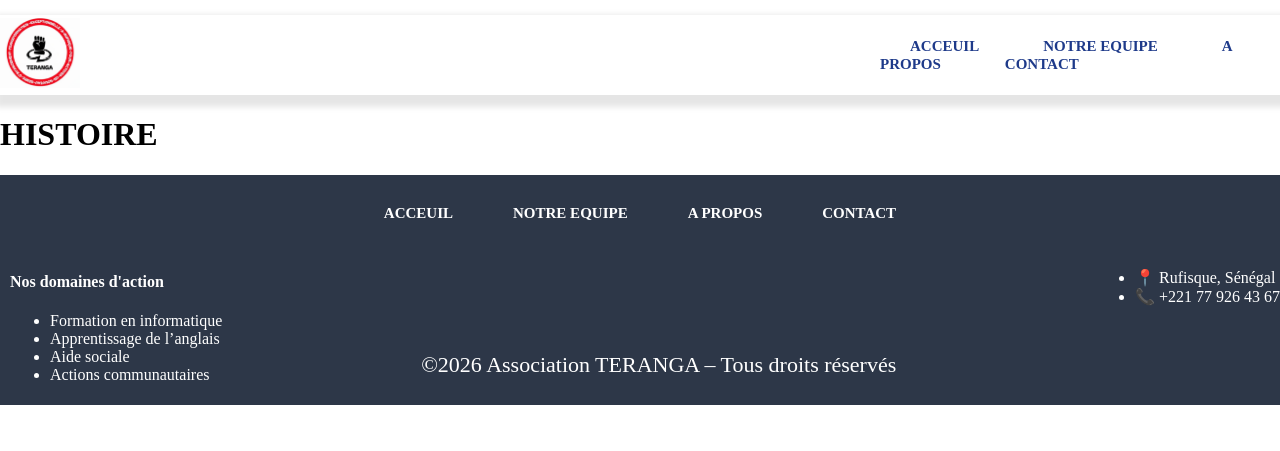
Repository: assanendao171/projet-teranga
Page: propos.html
These files come from the project's save history. The page is drawn as it stood at one moment and after a run of saves; the edit follows.
The browser window is 1280 px wide. The pictures show the whole page.

Above is the page before, as saved 2026-02-12 11:26:13.

After the next 2 saves:
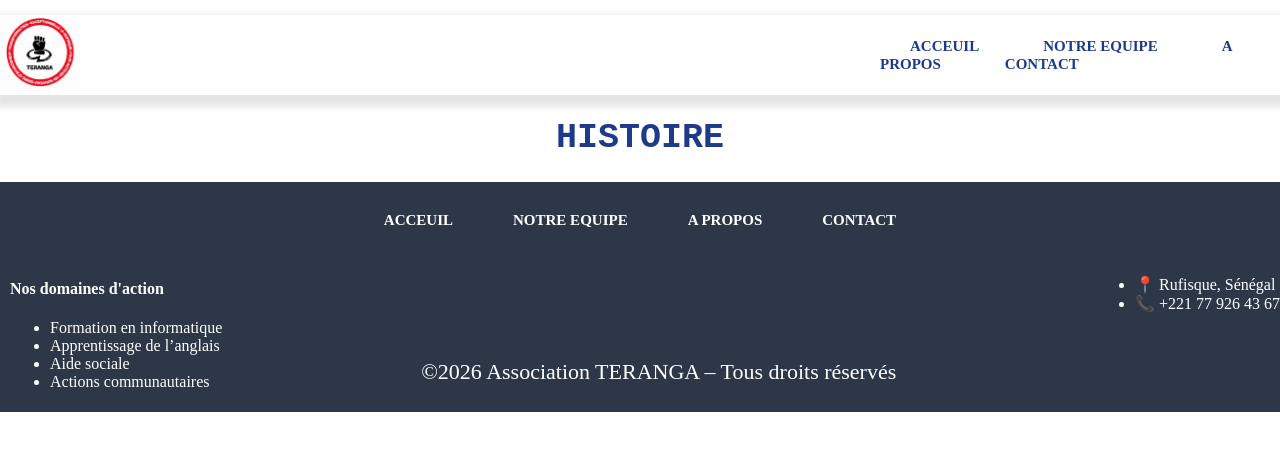
The 2 saves are shown as one change because they came seconds apart.
The last was saved 8 s later.
--- a/propos.css
+++ b/propos.css
@@ -113,7 +113,7 @@ footer{
     justify-content: flex-end;
 }
 /* section histoire */
-#h-presentation{
+#histoire{
         color: #1E3A8A;
 
     text-align: center;
